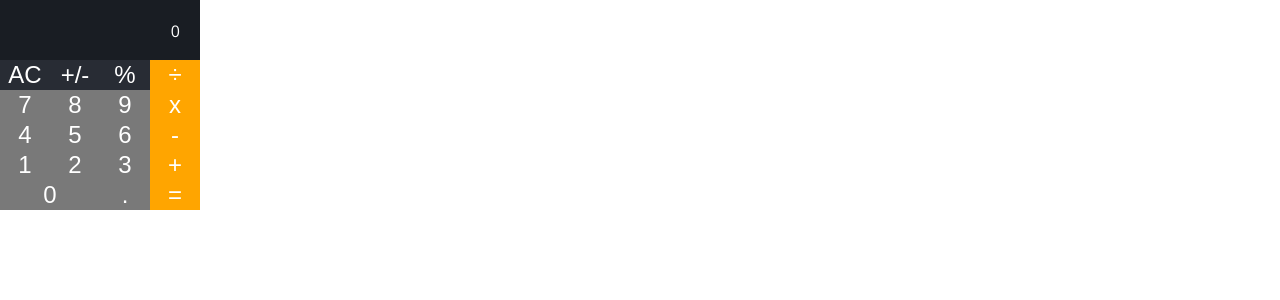
Repository: catsarenotreal/CalculatorWebApp
Page: /
An editor plug-in stored every save of this project. The page is shown before and after the next save, followed by the edit.
The browser window is 1280 px wide. The pictures show the whole page.
The project was rebuilt for these pictures with package versions that can differ from the ones it lists, and the page was loaded fresh each time.

Above is the page before, as saved 2024-08-26 15:48:39.

### src/index.tsx
import React from 'react';
import ReactDOM from 'react-dom/client';
import './index.css';
import App from './App';
import reportWebVitals from './reportWebVitals';
import "@fontsource/open-sans";

const root = ReactDOM.createRoot(
  document.getElementById('root') as HTMLElement
);
root.render(
  <React.StrictMode>
    <App />
  </React.StrictMode>
);

// If you want to start measuring performance in your app, pass a function
// to log results (for example: reportWebVitals(console.log))
// or send to an analytics endpoint. Learn more: https://bit.ly/CRA-vitals
reportWebVitals();

### src/index.css



body {
  margin: 0;
  font-family: 'Open Sans'
    /* sans-serif; */
  /* -webkit-font-smoothing: antialiased;
  -moz-osx-font-smoothing: grayscale; */
}

code {
  font-family: source-code-pro, Menlo, Monaco, Consolas, 'Courier New',
    monospace;
}

### src/App.tsx
import React from 'react';
import { useState } from 'react';
import './App.css';

let stack : string[] = ['0']; // length should never be 0
// let prevOp : operations = "+";
var currNum : number = 0; // number on display to the display screen
var nextRefresh : boolean = false; // decides whether to refresh upon input of new numbers
var setAC : boolean = true;
// var restarted : boolean = true;

const operations = ["+", "-", "x", "÷", "="] as const;
type Operations = (typeof operations)[number];
const isOp = (x:any): x is Operations => operations.includes(x);

type Props = {
  val : string;
  colour : 'orange'|'darkgrey'|'lightgrey';
  setDisplay : React.Dispatch<React.SetStateAction<string>>;
  longer? : boolean;
}

function refresh(props : Props){
  stack.length = 0;
  stack = ['0'];
  currNum = 0;
  const setDisplay = props.setDisplay;
  setDisplay('0');
  setAC = true;
}

// function takeOp(op : string){

// }

function Buttons( {val, colour, setDisplay, longer}  : Props){


  function stackBack(val : Operations | string){ // takes in operation, compresses the stack (nothing is returned)

    // after pressing an operation, work on the previous (if any) calculation and squeeze to one grid
    // basically when operation is encountered, squeeze previous into a number
    // assume that prev is number alr

    if (isOp(val)){ // is operation, "" only when % happens
      if (stack.length == 1){ // num only, only need to push in the op
        if (val === "="){
          return;
        }
        stack.push(val);
      }

      else{ // has num and operation, causes collapse of stack then adds the current op to the stack
        let firstNum : number = Number(stack[0]);
        let middleOp = stack[1];

        if (!isOp(middleOp)){
          console.log("error");
          return ; // this should not happen la.........
        }

        let answer = calculation(firstNum, currNum, middleOp);
        stack.length = 0; // collapsing

        if (typeof answer === "string"){ // for div by 0
          return; // returns with stack.lenght == 0
        }
        else {
          stack = [answer.toString()];
          if (val != "=") stack.push(val);  // pushes the current op // dont let "%" be pushed also
          currNum = answer;
        }
      }

    }

    else if (val === "%"){
      let answer = calculation(currNum, 0.01, "x"); // answer will be num

      stack.pop(); // remove currnum
      stack.push(answer.toString());
      currNum = answer;
    }

    else{ // is number

      if (stack.length == 2){ // digit + op only
        stack.push(val.toString());
        currNum = Number(val);
      }
      else if (stack.length == 1 || stack.length == 3){ // currently on number mode
        // dont run the op yet
        // only trying to push the second number tgt
        // ignore the first two elements
        currNum = currNum * 10 + Number(val);
        stack.pop(); // remove current existing number and replace with new one
        stack.push(currNum.toString());

      }
    }




  }

  function calculation(firstNum : number, secondNum : number, op : Operations) : number  {

    switch (op){
      case "+": //
        return firstNum + secondNum;
      case "-":
        return firstNum - secondNum;
      case "÷":
        return firstNum / secondNum; // if error just returns infinity anyway...
      case "x":
        return firstNum * secondNum;
      case "=": // will never happen
        return 0;
    }

  }

  function handleClick(props : Props){
    var val = props.val;
    // var setACDis = props.setACDis;

    if (nextRefresh) {
      refresh(props);
      // if (typeof setACDis != "undefined") setACDis("AC");
      nextRefresh = false;
    }

    if (val === "AC" || val === "C"){
      refresh(props);
      console.log("ac pressed outside");
      // if (typeof setACDis != "undefined") {
      //   setACDis("AC");
      // }
    }

    else if (val == "+/-"){
      // always only applies to currNum this is dumb
      stack[stack.length-1] = "-" + stack[stack.length-1];
      currNum = currNum * -1;
      setDisplay(currNum.toString());
    }

    else if (val === "%"){
      // literally just implicitly does a x0.01 on the current number (with brackets)

      stackBack("%") // push back an empty one?
      setDisplay(currNum.toString());

    }
    else{ // number
      // post-operation number
      setAC = false;
      if (isOp(val) || !Number.isNaN(Number(val))){
        console.log("helo");
        stackBack(val);
      }

      if (stack.length == 0){ // division by 0 has occured, trigger refresh
        setDisplay("Not a Number");
        refresh(props); // resets stack length to > 0
      }
      else{
        console.log(currNum);
        setDisplay(currNum.toString());
      }

      if (val === "="){
        nextRefresh = true;
      }

    }
  }

  if (longer){ // only applies to the 0
    return <button className = {`Buttons ${colour} longer`} onClick = {() => handleClick({ val, colour, setDisplay})}>
    {val}
  </button>
  }

  return <button className = {`Buttons ${colour}`} onClick = {() => handleClick({ val, colour, setDisplay})}>
    {val}
  </button>
}

/*

value1 ? 'a' : 'b'

value1 || 'a'

// if value1 is true => value1
// if value1 is false => 'a'

value2 && 'a'
// if value2 is true => 'a'
// if value2 is false => ignore

*/

export default function Calc() {
  const [display, setDisplay] = useState('0'); // display is number by default
  const [ACdis, setACDis] = useState<'AC' | 'C'>('C'); // only changes to C when there are numbers in the stack (i.e. is active)
  // if (stack[0] != "0") setACDis("C");
  // if (stack.length > 2) setACDis('AC');
  // startWithRefresh(setACDis);
  return (
    <div>
      {/* <div className = "row">
        <div className= "DisplayScreen">{`${(display)}`}</div>
      </div> */}
      <div className = "wrapper">
      {/* <div className = "row"> */}
        <div className= "DisplayScreen">{`${(display)}`}</div>
        <Buttons val={setAC ? "AC" : "C"} colour = 'darkgrey' setDisplay = {setDisplay} />
        <Buttons val={'+/-'} colour = 'darkgrey' setDisplay = {setDisplay}/>
        <Buttons val={'%'} colour = 'darkgrey' setDisplay = {setDisplay} / >
        <Buttons val={'÷'} colour = 'orange' setDisplay = {setDisplay} />
      {/* </div> */}
      {/* <div className = "row"> */}
        <Buttons val={'7'} colour = 'lightgrey' setDisplay = {setDisplay} />
        <Buttons val={'8'} colour = 'lightgrey' setDisplay = {setDisplay}/>
        <Buttons val={'9'} colour = 'lightgrey' setDisplay = {setDisplay}/ >
        <Buttons val={'x'} colour = 'orange'  setDisplay = {setDisplay}/>
      {/* </div> */}
      {/* <div className = "row"> */}
        <Buttons val={'4'} colour = 'lightgrey' setDisplay = {setDisplay}/>
        <Buttons val={'5'} colour = 'lightgrey' setDisplay = {setDisplay}/>
        <Buttons val={'6'} colour = 'lightgrey' setDisplay = {setDisplay}/ >
        <Buttons val={'-'} colour = 'orange'  setDisplay = {setDisplay}/>
      {/* </div> */}
      {/* <div className = "row"> */}
        <Buttons val={'1'} colour = 'lightgrey' setDisplay = {setDisplay}/>
        <Buttons val={'2'} colour = 'lightgrey' setDisplay = {setDisplay}/>
        <Buttons val={'3'} colour = 'lightgrey' setDisplay = {setDisplay}/ >
        <Buttons val={'+'} colour = 'orange'  setDisplay = {setDisplay}/>
      {/* </div>
      <div className = "row"> */}
        <Buttons val={'0'} colour = 'lightgrey' setDisplay = {setDisplay} longer = {true}/>
        <Buttons val={'.'} colour = 'lightgrey' setDisplay = {setDisplay}/>
        <Buttons val={'='} colour = 'orange' setDisplay = {setDisplay}/>
      </div>
    </div>

  );
}

### src/App.css
.App {
  text-align: center;
}

.App-logo {
  height: 40vmin;
  pointer-events: none;
}


.App-header {
  background-color: #282c34;
  min-height: 100vh;
  display: flex;
  flex-direction: column;
  align-items: center;
  justify-content: center;
  font-size: calc(10px + 2vmin);
  color: white;
}

.App-link {
  color: #61dafb;
}


/* .DisplayScreen {
  background-color: rgb(24, 24, 24);
  text-align: right;
} */

.Buttons {
  text-align: center;
  box-shadow: none;
  outline: none;
  border: none;
  font-size: 1.5rem;
  color: white;
  grid-column: span 1;
  /* height: 40px;
  width: 60px;
  padding: 0px; */
}



.Buttons.orange{
  background-color: orange;
}

.Buttons.orange:active{
  background-color: rgb(155, 101, 0);
}

.Buttons.lightgrey{
  background-color: #797979;
}

.Buttons.lightgrey:active{
  background-color: #4f4f4f;
}

.Buttons.lightgrey.longer{
  grid-column: span 2;
}

.Buttons.darkgrey{
  background-color:#282c34;
}

.Buttons.darkgrey:active{
  background-color:#0b0d12;
}

.DisplayScreen{
  /* width: 200px; */
  height: 20px;
  padding:20px;
  /* font-size: 100;
   */
  font-size:100%;
  font-weight: 100%;
  /* padding-bottom: ; */
  text-align: right;

  background-color: #191d23;
  color: white;
  grid-column: span 4;
}

.wrapper {
  display: grid;
  width: 200px;
  /* column-width: 40px; */
  /* column-gap:1px;
  row-gap:1px; */
  /* grid-gap:1px; */
  border-color:black;
  padding:0px;
  grid-template-columns: 50px 50px 50px 50px;

}

Loaded but not shown: public/index.html (common file); src/reportWebVitals.ts (common file)

After the next save:
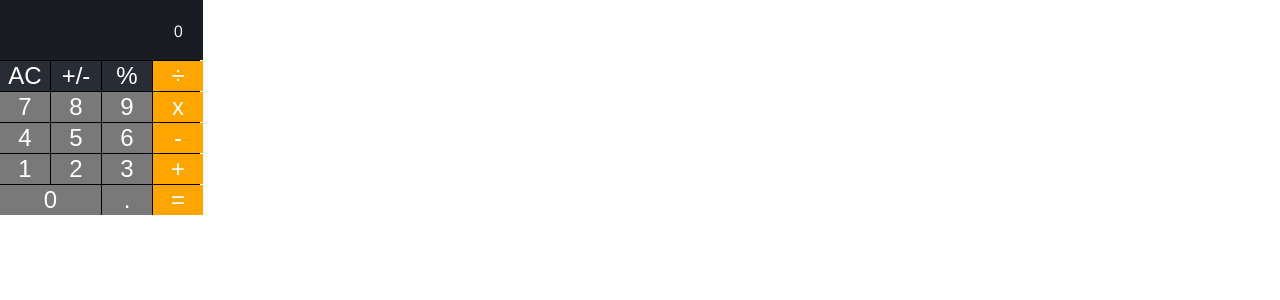
Saved 79 s later.
--- a/src/App.css
+++ b/src/App.css
@@ -91,11 +91,12 @@
 .wrapper {
   display: grid;
   width: 200px;
+  background-color:black;
   /* column-width: 40px; */
   /* column-gap:1px;
   row-gap:1px; */
-  /* grid-gap:1px; */
-  border-color:black;
+  grid-gap:1px;
+  /* border-color:black; */
   padding:0px;
   grid-template-columns: 50px 50px 50px 50px;
 

After the save that followed:
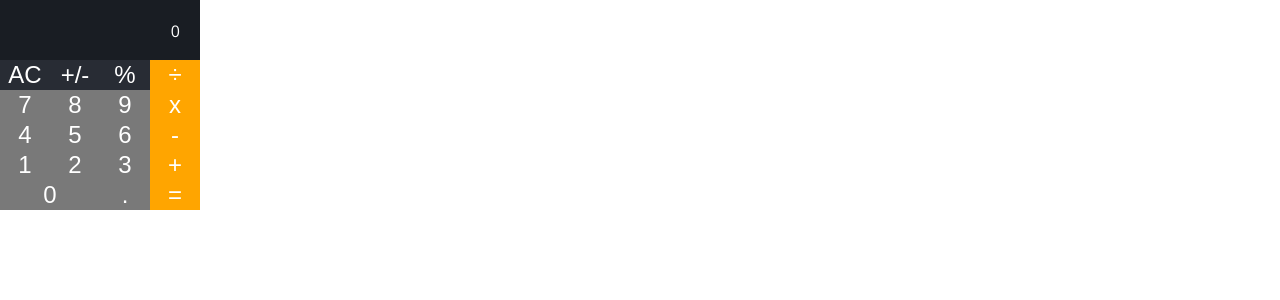
Saved 7 s later.
--- a/src/App.css
+++ b/src/App.css
@@ -95,7 +95,7 @@
   /* column-width: 40px; */
   /* column-gap:1px;
   row-gap:1px; */
-  grid-gap:1px;
+  /* grid-gap:1px; */
   /* border-color:black; */
   padding:0px;
   grid-template-columns: 50px 50px 50px 50px;
